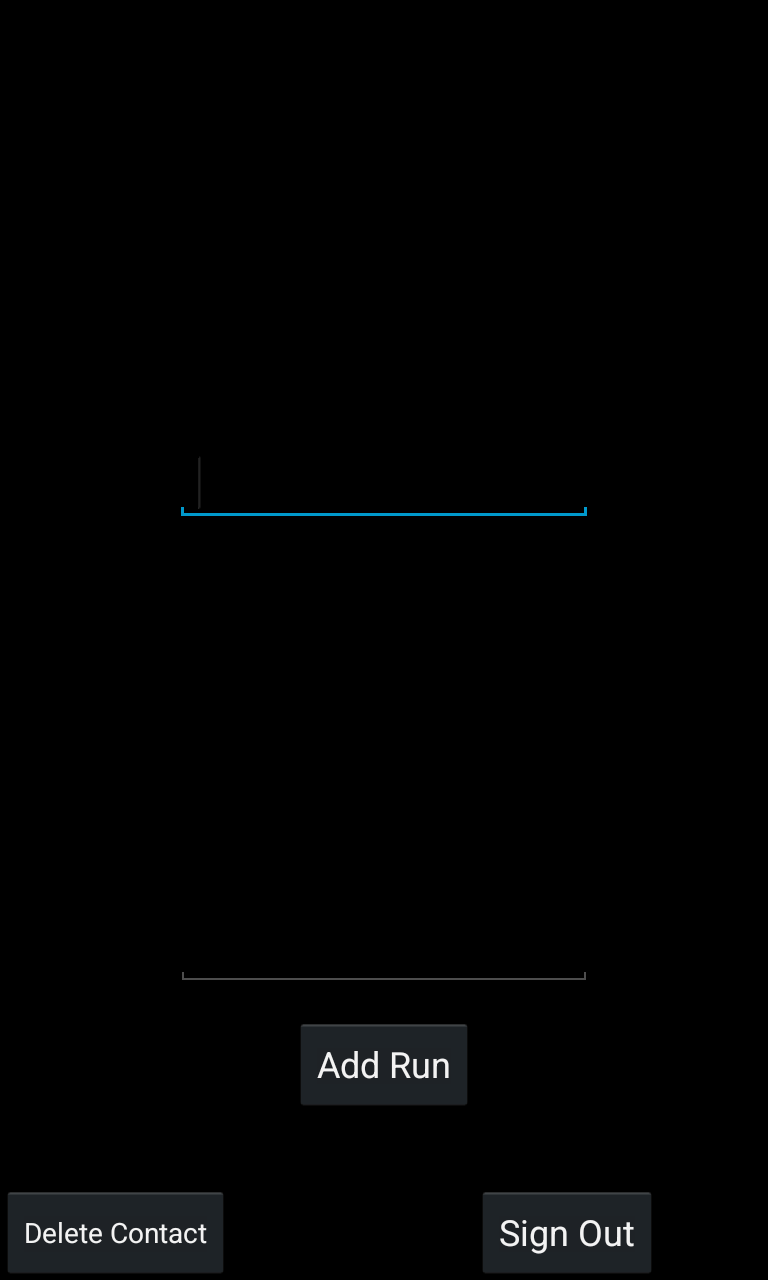
Repository: arianaantonio/CPMD
Layout: ContactsAppAndroid/res/layout/contacts_layout.xml
These files come from the project's save history. The layout is drawn as it stood at one moment and after the next save; the edit follows.
It is drawn on a 768 x 1280 px phone screen (xhdpi) without system bars, with theme android:Theme.Holo; the app's code is not run. Lists and similar views that code fills are empty.

Above is the layout before, as saved 2014-10-30 09:42:18.

After the next save:
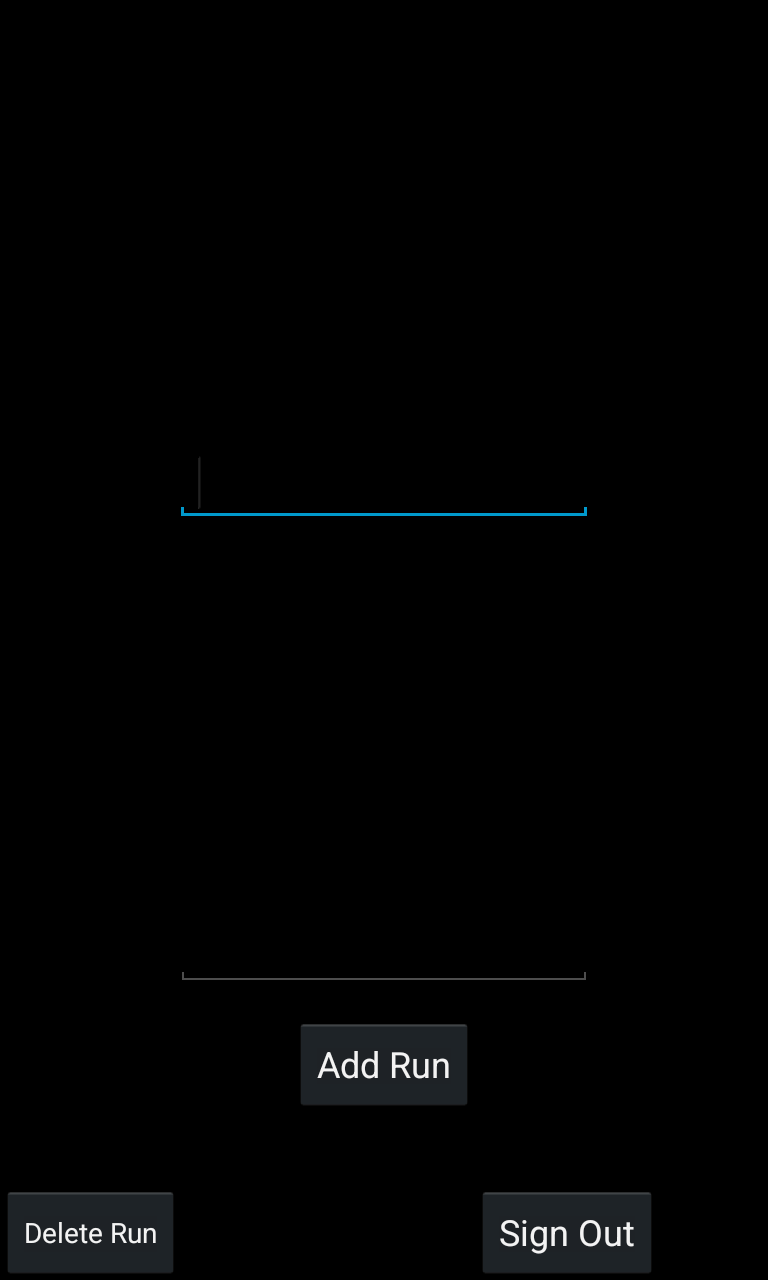
Saved 6 s later.
--- a/ContactsAppAndroid/res/values/strings.xml
+++ b/ContactsAppAndroid/res/values/strings.xml
@@ -13,7 +13,7 @@
     <string name="name">John Smith</string>
     <string name="phoneNumber">(323)523-2463</string>
     <string name="add">Add Run</string>
-    <string name="delete">Delete Contact</string>
+    <string name="delete">Delete Run</string>
     <string name="signOut">Sign Out</string>
 
 </resources>
